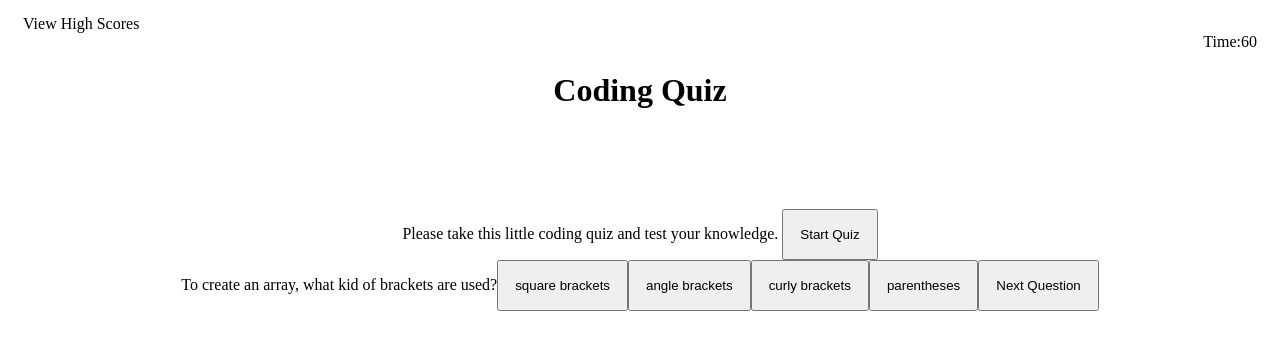
Repository: Naomilounsbury/code-quiz
Page: index.html
The author's editor kept a copy of each file at every save. The page is drawn from the files as they stood at one save, then again after the next save.
The browser window is 1280 px wide. The pictures show the whole page.
After loading, the first visible `button` was clicked once.

Above is the page before, as saved 2021-11-28 15:47:01.

After the next save:
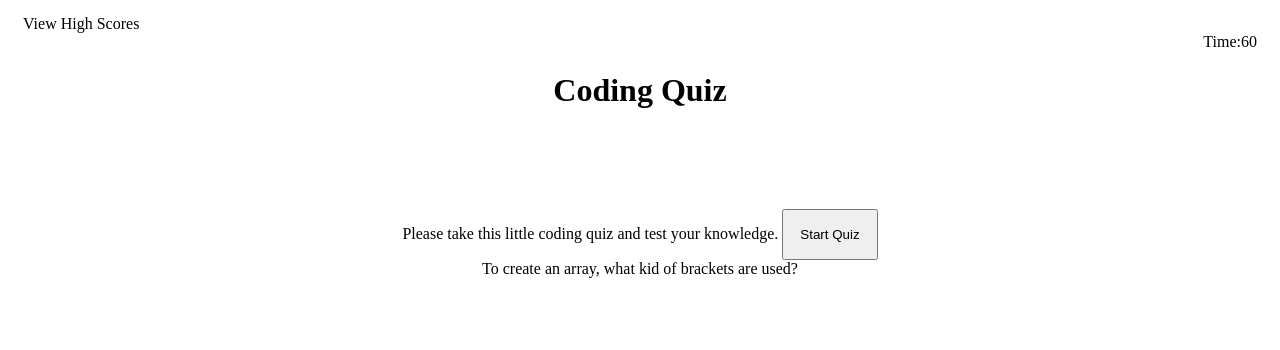
Saved 5 min 15 s later.
--- a/assets/js/script.js
+++ b/assets/js/script.js
@@ -26,11 +26,15 @@
     //its going into the html and taking the div clas question and setting the value equal to the current question
     questionDivEl.innerText = currentQuestion.question
 
+
+}
+var createButtons = function(){
+
     //I created buttons with create element
     //and then I added stuff to the button from the array using btn.innerHtml.
     //and then I had document.questionDivEl to get the variable but that didn't work
     //so finally I deleted the "document" and it worked but I'm not exactly sure why because I just checked the taskinator to see
-    var btn = document.createElement("BUTTON");
+    var btn = document.createElement("button");
     btn.innerHTML = currentQuestion.a
     btn.id = "btn-a";
     btn.type = "button";
@@ -75,11 +79,6 @@
     btn.type = "button";
     btn.addEventListener("click", nextQuestion);
     questionDivEl.appendChild(btn);
-
-
-    //create a separate onclick that changes the current question to something else
-    //create a next question button that will go on to the next question and save your answer
-    console.log("hello")
 }
 var nextQuestion = function () {
 
@@ -130,23 +129,21 @@
 //whenever we call verifyAnswer, we are feeding it the current question
 var verifyAnswer = function (currentQuestion, btnId) {
     //btn- is an empty string and we are replaing it as an empty string so the remaining part of the string a, b, c, or d is left as the received answer
-    //fuck replacing parts of strings
+    //woah so cool, replacing parts of strings
+    //check recieved answer against the current question answer
     var receivedAnswer = btnId.replace("btn-", "")
     console.log(btnId, receivedAnswer)
     console.log(currentQuestion)
+    //if answer is correct, update overallScore
     if (receivedAnswer === currentQuestion.answer) {
         //I feel like I might need some math here
         score++
     }
-
+    //if answer is incorrect, update overallScore and steal time
     if (receivedAnswer !== currentQuestion.answer) {
         timeLeft = timeLeft-5
 
     }
-    //check recieved answer against the current question answer
-    //if answer is correct, update overallScore
-    //if answer is incorrect, update overallScore and steal time
-    //
 
 }
 //making an array of questions

After the 2 saves that followed:
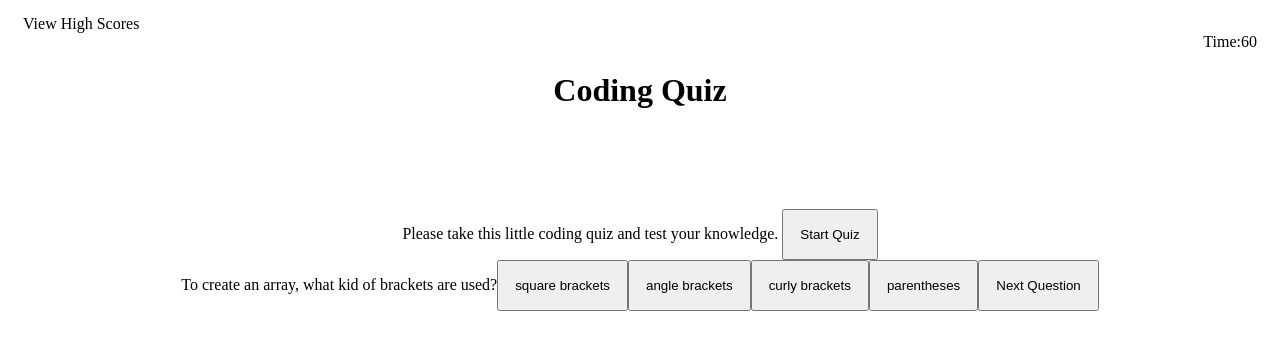
The 2 saves are shown as one change because 1 left the picture as it was.
The last was saved 2 min 15 s later.
--- a/assets/js/script.js
+++ b/assets/js/script.js
@@ -26,9 +26,10 @@
     //its going into the html and taking the div clas question and setting the value equal to the current question
     questionDivEl.innerText = currentQuestion.question
 
+    createButtons(currentQuestion)
 
 }
-var createButtons = function(){
+var createButtons = function(currentQuestion){
 
     //I created buttons with create element
     //and then I added stuff to the button from the array using btn.innerHtml.
@@ -94,6 +95,7 @@
         if (btnList[i].style.backgroundColor === "blue") {
             checkIt = btnList[i].id
         }
+    createButtons()
     }
 
     //the first paramenter of verifyAnswer is the current question
